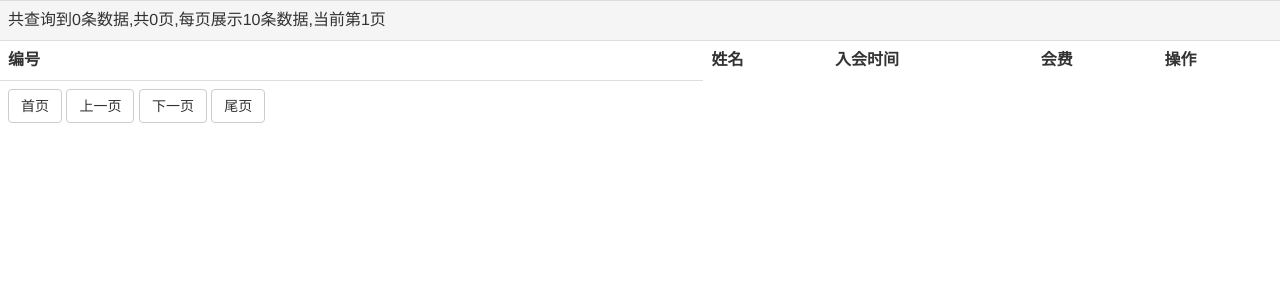
Repository: HelloChuang/HelloChuang-EclipseWorkSpace
Page: http://localhost/RetestServlet3/FindUserByPageList?pageIndex=1
These files come from the project's save history. The page is drawn as it stood at one moment and after the next save; the edit follows.
The browser window is 1280 px wide. The pictures show the whole page.
The page is served by Tomcat 9. Other server files are loaded and not shown. Queries for data that is not in the repository find no rows.

Above is the page before, as saved 2018-10-31 08:46:31.
Console error: SyntaxError: Unexpected identifier 'id'

### EclipseWorkSpace/RetestServlet3/WebContent/showList.jsp
<%@ taglib uri="http://java.sun.com/jsp/jstl/core" prefix="c"%>
<%@ taglib uri="http://java.sun.com/jsp/jstl/fmt" prefix="fmt" %>
<%@ page language="java" contentType="text/html; charset=UTF-8"
    pageEncoding="UTF-8"%>
<!DOCTYPE>
<html>
<head>
<meta http-equiv="Content-Type" content="text/html; charset=UTF-8">
<link rel="stylesheet" type="text/css" href="${pageContext.request.contextPath}/css/bootstrap.min.css">
<script type="text/javascript" href="${pageContext.request.contextPath}/js/jquery-1.9.1.js"></script>
<script type="text/javascript" href="${pageContext.request.contextPath}/js/bootstrap.min.js"></script>
<script>
	function toUpdate(id){
		window.location.href="FindUserByIdAction?id="id;
	}
	function toDelete(id){
		var con = window.confirm("您确定要删除ID为"+id+"的会员吗?");
		window.location.href="DeleteUserAction?id="id;
	}
</script>

<title>首页</title>
</head>
<body>
	<table class="table table-hover">
		<tr>
			<td colspan="5">共查询到${totalCount}条数据,共${totalPage}页,每页展示${pageSize}条数据,当前第${pageIndex}页</td>
		</tr>
		<tr><th>编号</th><th>姓名</th><th>入会时间</th><th>会费</th><th>操作</th></tr>
		<c:forEach var="user" items="${list}">
			<tr>
				<td>${user.uid}</td>
				<td>${user.uname}</td>
				<td><fmt:formatDate value="${user.udate}" pattern="yyyy-MM-dd"></fmt:formatDate></td>
				<td><fmt:formatNumber type="currency">${user.umoney}</fmt:formatNumber></td>
				<td>
				<button class="btn btn-warning" onclick="toUpdate(${user.uid});">更新</button>
				<button class="btn btn-danger" onclick="toDelete(${user.uid});">删除</button>
				</td>
			</tr>
		</c:forEach>

		<tr>
			<td>
				<a class="btn btn-default" role="button" href="FindUserByPageList?pageIndex=1">首页</a>
				<a class="btn btn-default" role="button" href="FindUserByPageList?pageIndex=${pageIndex-1}">上一页</a>
				<a class="btn btn-default" role="button" href="FindUserByPageList?pageIndex=${pageIndex+1}">下一页</a>
				<a class="btn btn-default" role="button" href="FindUserByPageList?pageIndex=${totalPage}">尾页</a>
			</td>
		</tr>
	</table>
</body>
</html>

### EclipseWorkSpace/RetestServlet3/src/com/gao/web/FindUserByPageList.java
package com.gao.web;

import java.io.IOException;
import java.util.List;

import javax.servlet.ServletException;
import javax.servlet.annotation.WebServlet;
import javax.servlet.http.HttpServlet;
import javax.servlet.http.HttpServletRequest;
import javax.servlet.http.HttpServletResponse;

import com.gao.entity.UserInfo;
import com.gao.service.impl.UserServiceImpl;

/**
 * Servlet implementation class FindUserByPageList
 */
@WebServlet("/FindUserByPageList")
public class FindUserByPageList extends HttpServlet {

	protected void doGet(HttpServletRequest request, HttpServletResponse response) throws ServletException, IOException {
		this.doPost(request, response);
	}

	/**
	 * @see HttpServlet#doPost(HttpServletRequest request, HttpServletResponse response)
	 */
	protected void doPost(HttpServletRequest request, HttpServletResponse response) throws ServletException, IOException {
		UserServiceImpl service = new UserServiceImpl();
		String page = request.getParameter("pageIndex");
		if(page!=null&&page!=""){
			int pageIndex = Integer.parseInt(page);
			try {
				int totalCount = service.findUserCount();
				int pageSize = 10;
				int totalPage = totalCount%pageSize==0?totalCount/pageSize:totalCount/pageSize+1;
				List<UserInfo> list = service.findUserByPageList(pageIndex, pageSize);
				request.setAttribute("list", list);
				request.setAttribute("pageIndex", pageIndex);
				request.setAttribute("totalCount", totalCount);
				request.setAttribute("pageSize", pageSize);
				request.setAttribute("totalPage", totalPage);
				request.getRequestDispatcher("showList.jsp").forward(request, response);
			} catch (Exception e) {
				e.printStackTrace();
			}
		}
	}

}

### EclipseWorkSpace/RetestServlet3/src/com/gao/service/impl/UserService.java
package com.gao.service.impl;

import java.util.List;

import com.gao.entity.UserInfo;

public interface UserService {
	public int insert(UserInfo user) throws Exception;
	public int update(UserInfo user) throws Exception;
	public int delete(UserInfo user) throws Exception;
	public int findUserCount() throws Exception;
	public List<UserInfo> findUserByPageList(Integer pageIndex, Integer pageSize) throws Exception;
	public UserInfo findUserByID(Integer id) throws Exception;
}

### EclipseWorkSpace/RetestServlet3/src/com/gao/service/impl/UserServiceImpl.java
package com.gao.service.impl;

import java.util.List;

import com.gao.dao.impl.UserInfoDAOImpl;
import com.gao.entity.UserInfo;

public class UserServiceImpl implements UserService {
	private UserInfoDAOImpl uidi = new UserInfoDAOImpl();
	@Override
	public int insert(UserInfo user) throws Exception {
		return uidi.insert(user);
	}

	@Override
	public int update(UserInfo user) throws Exception {
		return uidi.update(user);
	}

	@Override
	public int delete(UserInfo user) throws Exception {
		return uidi.delete(user);
	}

	@Override
	public int findUserCount() throws Exception {
		return uidi.findUserCount();
	}

	@Override
	public List<UserInfo> findUserByPageList(Integer pageIndex, Integer pageSize) throws Exception {
		List<UserInfo> list = null;
		if(pageIndex!=null&&pageSize!=null){
			if(pageIndex>0&&pageSize>0){
				list = uidi.findUserByPageList((pageIndex-1)*pageSize, pageSize);
			}
		}
		return list;
	}

	@Override
	public UserInfo findUserByID(Integer id) throws Exception {
		return uidi.findUserByID(id);
	}

}

### EclipseWorkSpace/RetestServlet3/src/com/gao/dao/impl/UserInfoDAO.java
package com.gao.dao.impl;

import java.util.List;

import com.gao.entity.UserInfo;

public interface UserInfoDAO {
	public int insert(UserInfo user) throws Exception;
	public int update(UserInfo user) throws Exception;
	public int delete(UserInfo user) throws Exception;
	public int findUserCount() throws Exception;
	public List<UserInfo> findUserByPageList(Integer start, Integer size) throws Exception;
	public UserInfo findUserByID(Integer id) throws Exception;
}

### EclipseWorkSpace/RetestServlet3/src/com/gao/dao/impl/UserInfoDAOImpl.java
package com.gao.dao.impl;

import java.sql.Connection;
import java.util.List;

import org.apache.commons.dbutils.QueryRunner;
import org.apache.commons.dbutils.handlers.BeanHandler;
import org.apache.commons.dbutils.handlers.BeanListHandler;
import org.apache.commons.dbutils.handlers.ScalarHandler;

import com.gao.entity.UserInfo;
import com.gao.utils.JdbcUtil;

public class UserInfoDAOImpl implements UserInfoDAO {

	@Override
	public int insert(UserInfo user) throws Exception {
		Connection conn = JdbcUtil.getConn();
		String sql = "insert into user_info(`uname`,`udate`,`umoney`)values(?,?,?)";
		Object[] params = {user.getUname(),user.getUdate(),user.getUmoney()};
		QueryRunner qr = new QueryRunner();
		int count = qr.update(conn,sql,params);
		JdbcUtil.closeConn(conn);
		return count;
	}

	@Override
	public int update(UserInfo user) throws Exception {
		Connection conn = JdbcUtil.getConn();
		String sql = "update user_info set `uname`=?,`udate`=?,`umoney`=? where `uid`=?";
		Object[] params = {user.getUname(),user.getUdate(),user.getUmoney(),user.getUid()};
		QueryRunner qr = new QueryRunner();
		int count = qr.update(conn,sql,params);
		JdbcUtil.closeConn(conn);
		return count;
	}

	@Override
	public int delete(UserInfo user) throws Exception {
		Connection conn = JdbcUtil.getConn();
		String sql = "delete from user_info where `uid`=?";
		Object[] params = {user.getUid()};
		QueryRunner qr = new QueryRunner();
		int count = qr.update(conn,sql,params);
		JdbcUtil.closeConn(conn);
		return count;
	}

	@Override
	public int findUserCount() throws Exception {
		Connection conn = JdbcUtil.getConn();
		String sql = "select count(*) from user_info";
		QueryRunner qr = new QueryRunner();
		Number number = qr.query(conn, sql,new ScalarHandler<Number>(1));
		int value = number.intValue();
		JdbcUtil.closeConn(conn);
		return value;
	}

	@Override
	public List<UserInfo> findUserByPageList(Integer start, Integer size) throws Exception {
		Connection conn = JdbcUtil.getConn();
		String sql = "select * from user_info limit ?,?";
		Object[] params = {start,size};
		QueryRunner qr = new QueryRunner();
		List<UserInfo> list = qr.query(conn, sql,new BeanListHandler<UserInfo>(UserInfo.class),params);
		JdbcUtil.closeConn(conn);
		return list;
	}

	@Override
	public UserInfo findUserByID(Integer id) throws Exception {
		Connection conn = JdbcUtil.getConn();
		String sql = "select * from user_info where `uid`=?";
		Object[] params = {id};
		QueryRunner qr = new QueryRunner();
		UserInfo user = qr.query(conn, sql,new BeanHandler<UserInfo>(UserInfo.class));
		JdbcUtil.closeConn(conn);
		return user;
	}

}

### EclipseWorkSpace/RetestServlet3/src/com/gao/utils/JdbcUtil.java
package com.gao.utils;

import java.beans.PropertyVetoException;
import java.sql.Connection;
import java.sql.SQLException;

import com.mchange.v2.c3p0.ComboPooledDataSource;

public class JdbcUtil {
	private static final String CONN_DRIVER = "com.mysql.jdbc.Driver";
	private static final String CONN_URL = "jdbc:mysql://127.0.0.1:3306/userdb4?characterEncoding=UTF-8";
	private static final String CONN_USER = "root";
	private static final String CONN_PSWD = "root";

	private static ComboPooledDataSource dataSource;

	static {
		dataSource = new ComboPooledDataSource();
		try {
			dataSource.setDriverClass(CONN_DRIVER);
			dataSource.setJdbcUrl(CONN_URL);
			dataSource.setUser(CONN_USER);
			dataSource.setPassword(CONN_PSWD);
		} catch (PropertyVetoException e) {
			e.printStackTrace();
		}

	}
	public static Connection getConn(){
		Connection conn = null;
		try {
			conn = dataSource.getConnection();
		} catch (SQLException e) {
			e.printStackTrace();
		}
		return conn;
	}
	public static void closeConn(Connection conn){
		if(null!= conn){
			try {
				conn.close();
			} catch (SQLException e) {
				e.printStackTrace();
			}
		}
	}

}

### EclipseWorkSpace/RetestServlet3/src/com/gao/entity/UserInfo.java
package com.gao.entity;

import java.util.Date;

public class UserInfo {
	private Integer uid;
	private String uname;
	private Date udate;
	private double umoney;
	/**
	 * @return the uid
	 */
	public Integer getUid() {
		return uid;
	}
	/**
	 * @param uid the uid to set
	 */
	public void setUid(Integer uid) {
		this.uid = uid;
	}
	/**
	 * @return the uname
	 */
	public String getUname() {
		return uname;
	}
	/**
	 * @param uname the uname to set
	 */
	public void setUname(String uname) {
		this.uname = uname;
	}
	/**
	 * @return the udate
	 */
	public Date getUdate() {
		return udate;
	}
	/**
	 * @param udate the udate to set
	 */
	public void setUdate(Date udate) {
		this.udate = udate;
	}
	/**
	 * @return the umoney
	 */
	public double getUmoney() {
		return umoney;
	}
	/**
	 * @param umoney the umoney to set
	 */
	public void setUmoney(double umoney) {
		this.umoney = umoney;
	}
	/**
	 * Title: toString
	 * Description:
	 * @return
	 * @see java.lang.Object#toString()
	 */
	@Override
	public String toString() {
		return "UserInfo [uid=" + uid + ", uname=" + uname + ", udate=" + udate + ", umoney=" + umoney + "]";
	}


}

Loaded but not shown: EclipseWorkSpace/RetestServlet3/WebContent/css/bootstrap.min.css (library)

After the next save:
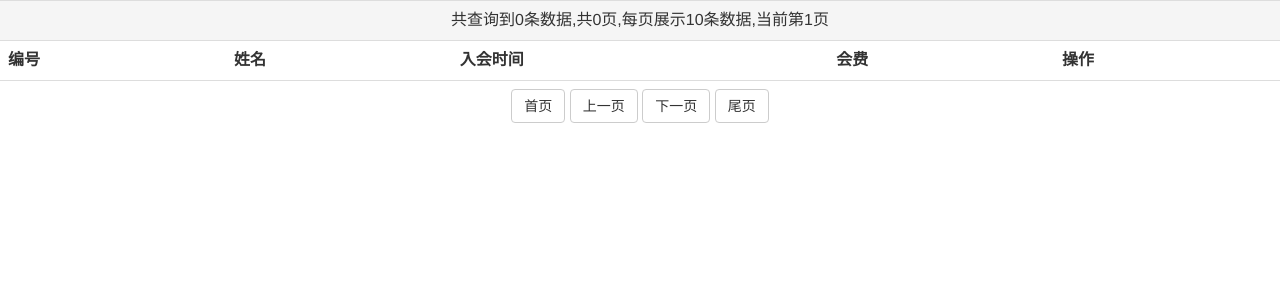
Saved 29 s later.
--- a/EclipseWorkSpace/RetestServlet3/WebContent/showList.jsp
+++ b/EclipseWorkSpace/RetestServlet3/WebContent/showList.jsp
@@ -24,7 +24,7 @@
 <body>
 	<table class="table table-hover">
 		<tr>
-			<td colspan="5">共查询到${totalCount}条数据,共${totalPage}页,每页展示${pageSize}条数据,当前第${pageIndex}页</td>
+			<td colspan="5"  align="center">共查询到${totalCount}条数据,共${totalPage}页,每页展示${pageSize}条数据,当前第${pageIndex}页</td>
 		</tr>
 		<tr><th>编号</th><th>姓名</th><th>入会时间</th><th>会费</th><th>操作</th></tr>
 		<c:forEach var="user" items="${list}">
@@ -41,7 +41,7 @@
 		</c:forEach>
 
 		<tr>
-			<td>
+			<td colspan="5" align="center">
 				<a class="btn btn-default" role="button" href="FindUserByPageList?pageIndex=1">首页</a>
 				<a class="btn btn-default" role="button" href="FindUserByPageList?pageIndex=${pageIndex-1}">上一页</a>
 				<a class="btn btn-default" role="button" href="FindUserByPageList?pageIndex=${pageIndex+1}">下一页</a>
